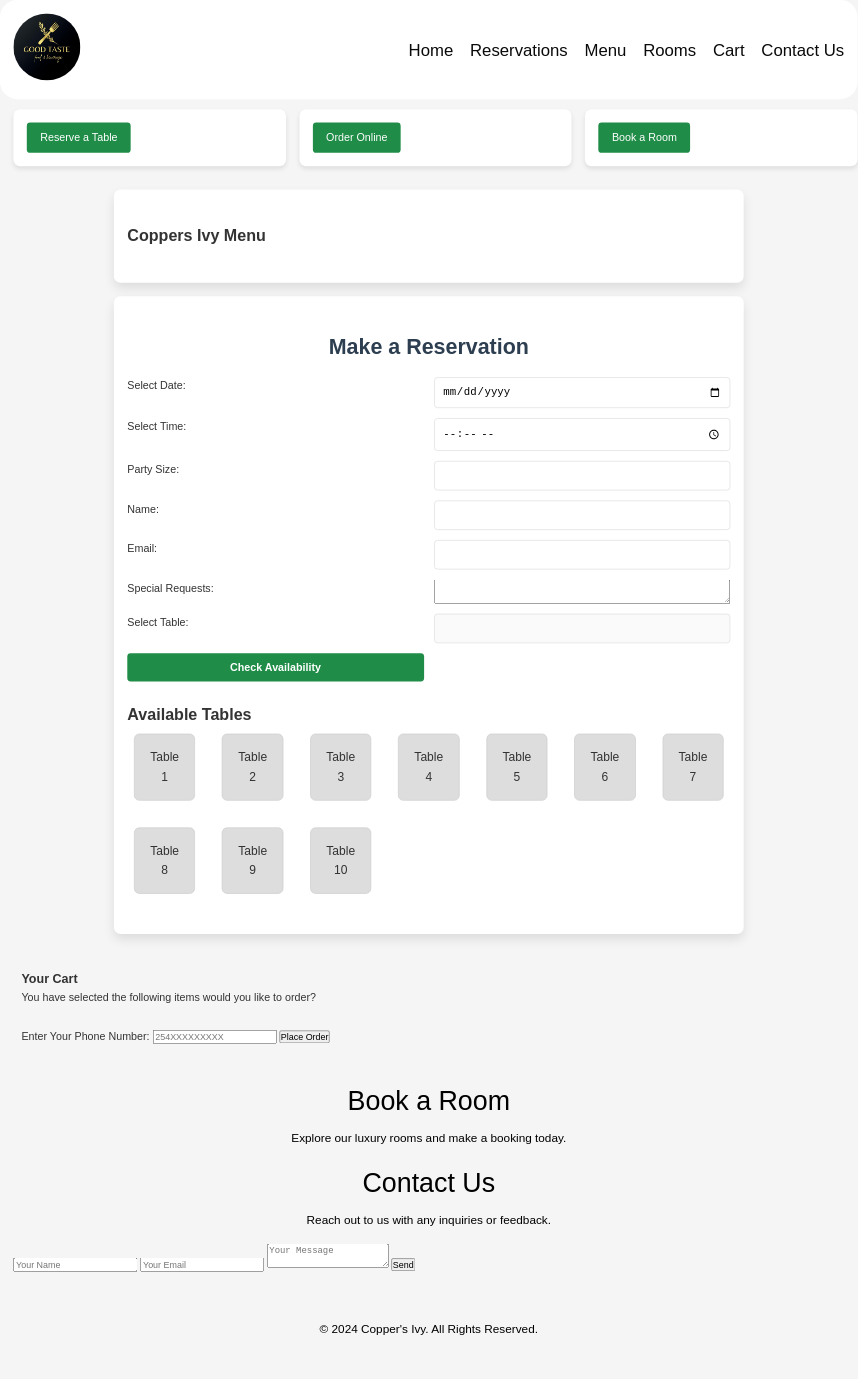
Repository: malingubarnice/Online-Reservation-System
Page: index.html
The author's editor kept a copy of each file at every save. The page is drawn from the files as they stood at one save, then again after the next save.
The browser window is 1280 px wide. The pictures show the whole page, at 67% of full size.

Above is the page before, as saved 2025-02-07 18:42:29.

After the next save:
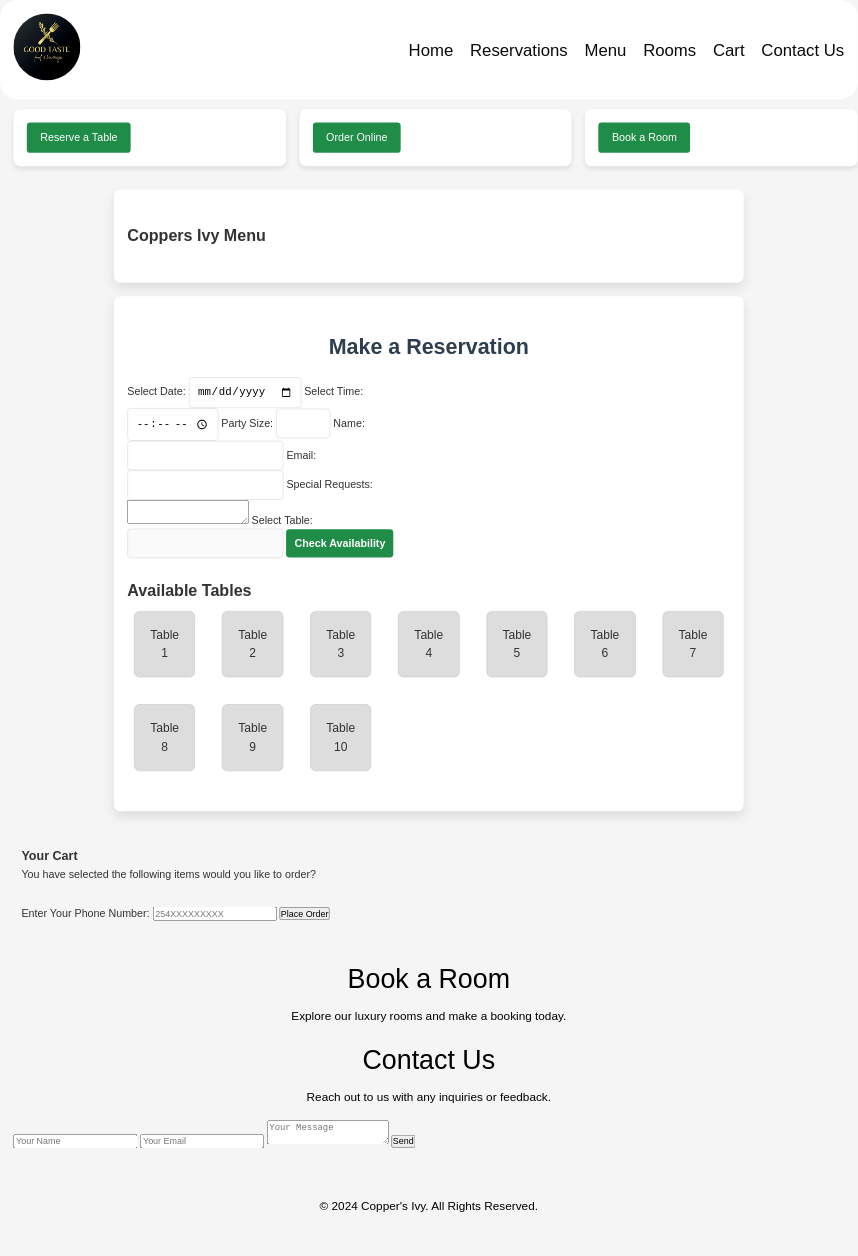
Saved 21 h 21 min later.
--- a/index.html
+++ b/index.html
@@ -61,7 +61,8 @@
 <section id="reservations">
     <h1>Make a Reservation</h1>
     <div class="reservation-form">
-        <label for="date">Select Date:</label>
+        <form class="" action="send.php" method="post">
+          <label for="date">Select Date:</label>
         <input type="date" id="date" required>
 
         <label for="time">Select Time:</label>
@@ -85,6 +86,7 @@
         <input type="text" id="selected-table" disabled> <!-- Hidden field to store the selected table -->
 
         <button class="reserve-btn">Check Availability</button>
+        </form>
     </div>
 
     <!-- Table Layout Section -->
